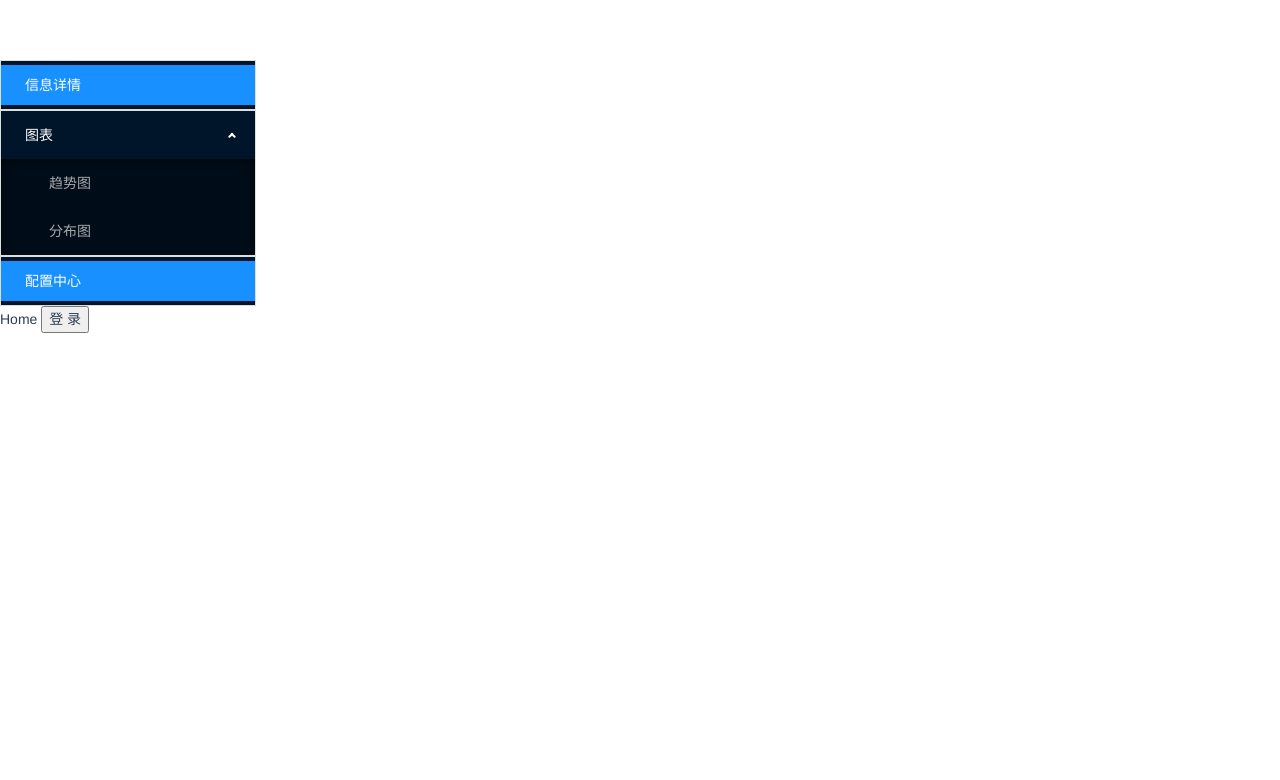
Repository: zhongdm/vue-vuex-antd
Page: /#/settings
The author's editor kept a copy of each file at every save. The page is drawn from the files as they stood at one save, then again after the next save.
The browser window is 1280 px wide. The pictures show the whole page.
The project was rebuilt for these pictures with package versions that can differ from the ones it lists, and the page was loaded fresh each time. Also part of the build but not shown: src/pages/Home/Settings.vue.

Above is the page before, as saved 2019-03-14 14:16:14.

### index.html
<!DOCTYPE html>
<html>
  <head>
    <meta charset="utf-8">
    <meta name="viewport" content="width=device-width,initial-scale=1.0">
    <title>vue-vuex-antd</title>
  </head>
  <body>
    <div id="app"></div>
    <!-- built files will be auto injected -->
  </body>
</html>

### src/main.js
// The Vue build version to load with the `import` command
// (runtime-only or standalone) has been set in webpack.base.conf with an alias.
import Vue from 'vue'
import App from './App'
import router from './router'
import TestPlugin from './plugins-custom/TestPlugin'
import Antd from 'ant-design-vue'
import 'ant-design-vue/dist/antd.css'

Vue.config.productionTip = false
Vue.use(TestPlugin)
Vue.use(Antd)

/* eslint-disable no-new */
new Vue({
  el: '#app',
  router,
  components: { App },
  template: '<App/>'
})

### src/App.vue
<template>
  <div id="app">
    <router-view/>
  </div>
</template>

<script>
export default {
  name: 'App'
}
</script>

<style>
#app {
  font-family: 'Avenir', Helvetica, Arial, sans-serif;
  -webkit-font-smoothing: antialiased;
  -moz-osx-font-smoothing: grayscale;
  /* text-align: center; */
  color: #2c3e50;
  margin-top: 60px;
}
</style>

### src/router/index.js
import Vue from 'vue'
import Router from 'vue-router'

Vue.use(Router)

const router = new Router({
  routes: [
    {
      path: '/',
      name: 'Login',
      component: () => import('@/pages/Login')
    },
    {
      path: '/home',
      name: 'Home',
      component: () => import('@/pages/Home/Home'),
      children: [
        {
          path: '',
          name: 'Hinfo',
          component: () => import('@/pages/Login')
        },
        {
          path: '/settings',
          name: 'Setting Center',
          component: () => import('@/pages/Home/Settings')
        }
      ]
    }
  ]
})

router.beforeEach((to, from, next) => {
  console.log(to.path, from)
  next()
})
export default router

### src/plugins-custom/TestPlugin.js
let TestPlugin = {}
TestPlugin.install = function (Vue, options) {
  Vue.istest = function () {
    console.log('plugin test success')
  }
  Vue.prototype.logining = function () {
    console.log('loging')
  }
}

export default TestPlugin

### src/pages/Home/Home.vue
<template>
  <div>
    <menu-bar></menu-bar>
    Home
    <button>登&nbsp;录</button>
  </div>
</template>

<script>
export default {
  data () {
    return {
    }
  },
  mounted () {
    // this.$router.push('/Home')
  },
  components: {
    MenuBar: () => import('@/components/MenuBar')
  }
}
</script>

### src/components/MenuBar.vue
<template>
  <!-- <a-menu
    mode="inline"
    class="menu-bar"
    theme="dark"
    :defaultSelectedKeys="['1']"
    :defaultOpenKeys="['o1']"
    :selectedKeys="[activeMenu]"
    @click="handleMenu">
    <a-menu-item key="1">信息详情</a-menu-item>
    <a-sub-menu key="o1">
      <span slot="title">图表</span>
      <a-menu-item key="2">趋势图</a-menu-item>
      <a-menu-item key="3">分布图</a-menu-item>
    </a-sub-menu>
    <a-menu-item key="4">配置中心</a-menu-item>
  </a-menu> -->
  <div>
  <a-menu
    mode="inline"
    class="menu-bar"
    theme="dark"
    v-for="(item, index) in menuList"
    :key="index"
    :defaultSelectedKeys="['1']"
    :defaultOpenKeys="['o1']"
    :selectedKeys="[activeMenu]"
    @click="handleMenu">
    <template v-if="item.children">
      <a-sub-menu key="o1">
        <span slot="title">{{item.value}}</span>
        <a-menu-item key="2">趋势图</a-menu-item>
        <a-menu-item key="3">分布图</a-menu-item>
    </a-sub-menu>
    </template>
    <template v-else>
      <a-menu-item key="1">{{item.value}}</a-menu-item>
    </template>
  </a-menu>
  </div>
</template>

<script>
export default {
  name: 'menu-bar',
  data () {
    return {
      activeMenu: '1'
    }
  },
  computed: {
    menuList () {
      return [
        {
          key: '1',
          value: '信息详情',
          selected: true
        },
        {
          key: '2',
          value: '图表',
          open: false,
          children: [
            {
              key: '2-1',
              value: '趋势图'
            },
            {
              key: '2-2',
              value: '分布图'
            }
          ]
        },
        {
          key: '3',
          value: '配置中心'
        }
      ]
    }
  },
  methods: {
    handleMenu (e) {
      this.activeMenu = e.key
      console.log('selected', e)
    }
  }
}
</script>

<style lang="stylus" scoped>
.menu-bar
  // float left
  border 1px solid #ddd
  width 256px
</style>

After the next save:
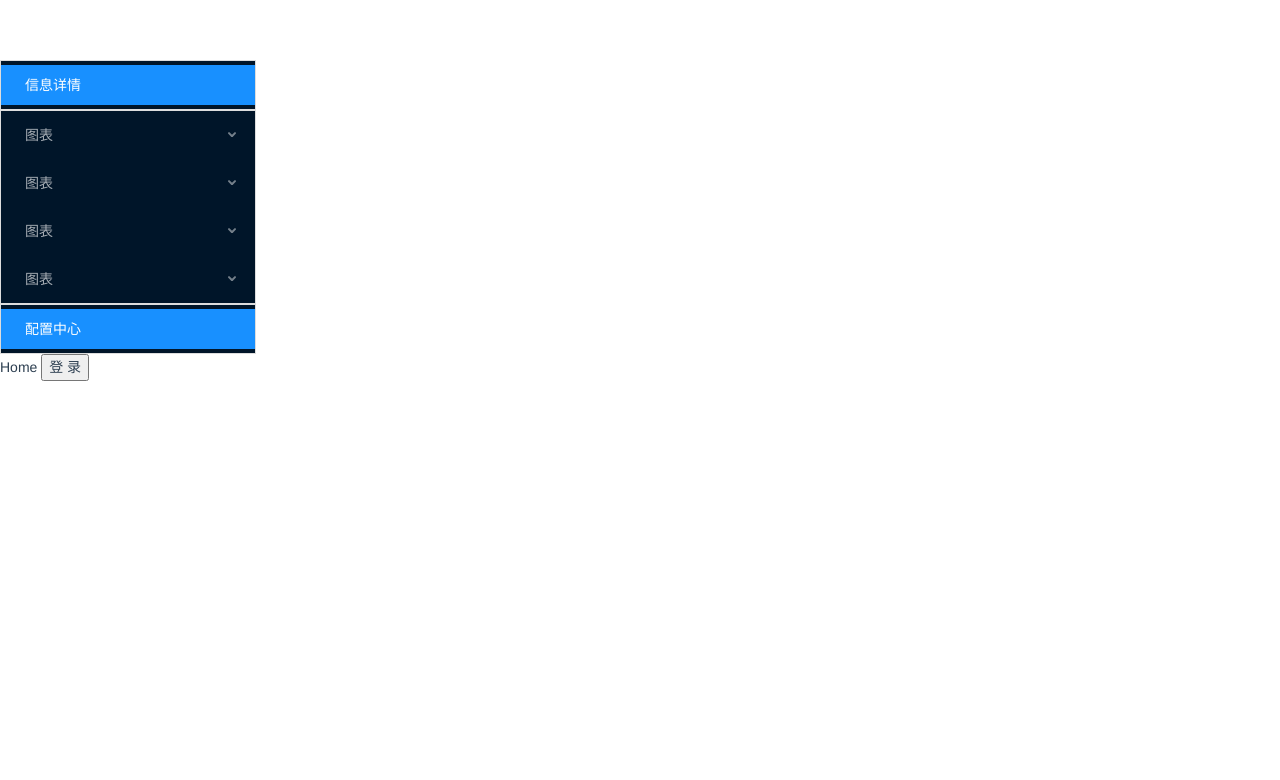
Saved 2 min 34 s later.
--- a/src/components/MenuBar.vue
+++ b/src/components/MenuBar.vue
@@ -27,10 +27,8 @@
     :selectedKeys="[activeMenu]"
     @click="handleMenu">
     <template v-if="item.children">
-      <a-sub-menu key="o1">
-        <span slot="title">{{item.value}}</span>
-        <a-menu-item key="2">趋势图</a-menu-item>
-        <a-menu-item key="3">分布图</a-menu-item>
+      <a-sub-menu :title="item.value" :key="subItem.key" v-for="subItem in item">
+        <a-menu-item :key="subItem.key">{{subItem.value}}}</a-menu-item>
     </a-sub-menu>
     </template>
     <template v-else>
